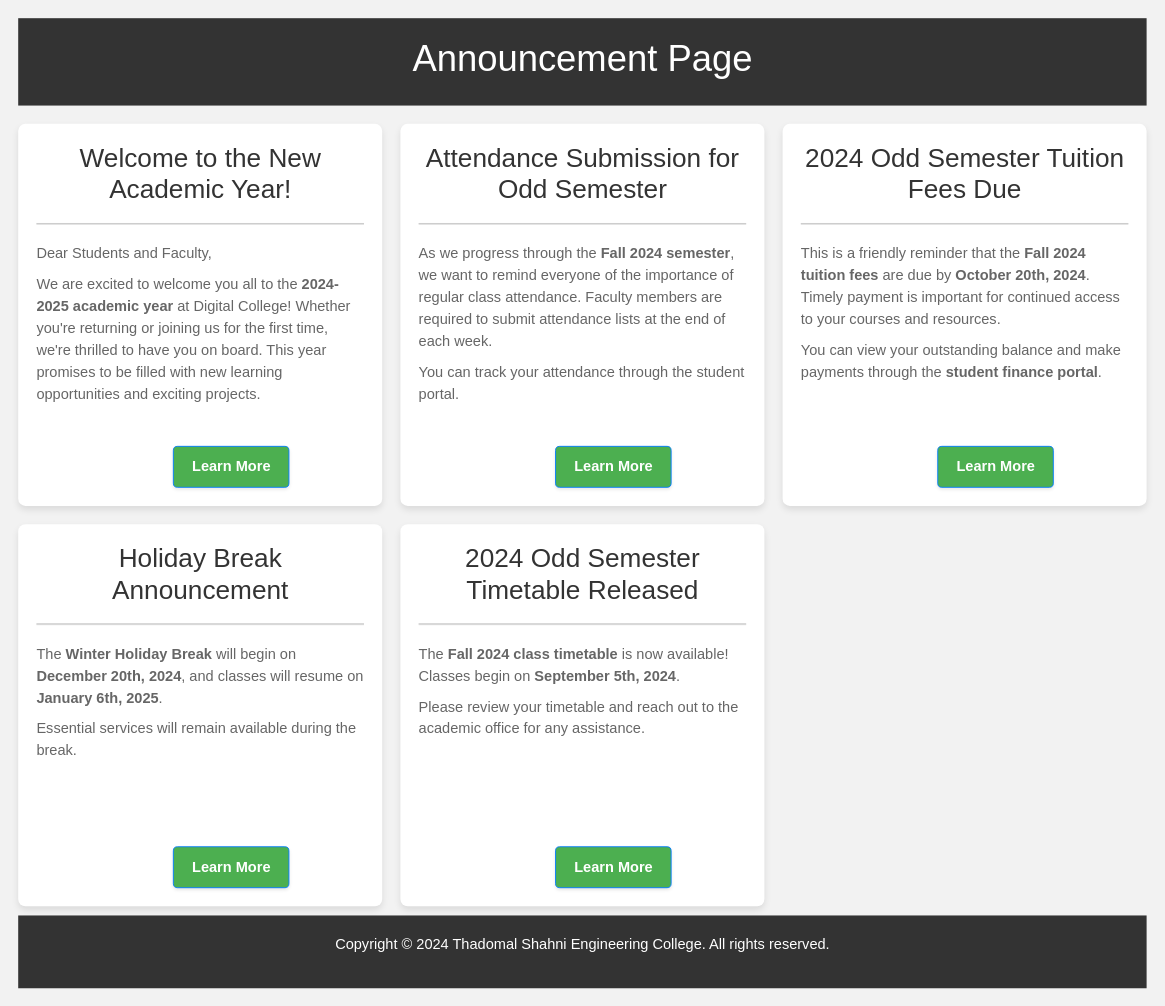
Repository: TejasS1233/MINITHON-hackathon-project
Page: annoucementpage.html
An editor plug-in stored every save of this project. The page is shown before and after the next save, followed by the edit.
The browser window is 1280 px wide. The pictures show the whole page, at 91% of full size.

Above is the page before, as saved 2024-09-20 11:34:11.

### annoucementpage.html
<!DOCTYPE html>
<html lang="en">
<head>
    <meta charset="UTF-8">
    <meta name="viewport" content="width=device-width, initial-scale=1.0">
    <meta http-equiv="X-UA-Compatible" content="ie=edge">
    <title>Announcement Page</title>
    <link rel="stylesheet" href="https://stackpath.bootstrapcdn.com/bootstrap/4.5.2/css/bootstrap.min.css">
    <link rel="stylesheet" href="announcementpage.css"> <!-- Your custom styles -->
</head>
<body>
    <!-- <nav class="navbar navbar-expand-lg navbar-light bg-light">
        <a class="navbar-brand" href="#">Digital College</a>
        <button class="navbar-toggler" type="button" data-toggle="collapse" data-target="#navbarSupportedContent" aria-controls="navbarSupportedContent" aria-expanded="false" aria-label="Toggle navigation">
            <span class="navbar-toggler-icon"></span>
        </button>

        <div class="collapse navbar-collapse" id="navbarSupportedContent">
            <ul class="navbar-nav mr-auto">
                <li class="nav-item active">
                    <a class="nav-link" href="#">Home <span class="sr-only">(current)</span></a>
                </li>
                <li class="nav-item">
                    <a class="nav-link" href="#">About</a>
                </li>
                <li class="nav-item dropdown">
                    <a class="nav-link dropdown-toggle" href="#" id="navbarDropdown" role="button" data-toggle="dropdown" aria-haspopup="true" aria-expanded="false">
                        Resources
                    </a>
                    <div class="dropdown-menu" aria-labelledby="navbarDropdown">
                        <a class="dropdown-item" href="#">Action</a>
                        <a class="dropdown-item" href="#">Another action</a>
                        <div class="dropdown-divider"></div>
                        <a class="dropdown-item" href="#">Something else here</a>
                    </div>
                </li>
                <li class="nav-item">
                    <a class="nav-link disabled" href="#" tabindex="-1" aria-disabled="true">Contact</a>
                </li>
            </ul>
            <div class="navbar-text">
                <span class="user-info">Welcome, [User's Name]</span>
                <a href="#" class="btn btn-outline-danger btn-sm ml-3">Logout</a>
            </div>
        </div>
    </nav> -->

    <div class="announcement-heading text-center">
        <h1>Announcement Page</h1>
    </div>

    <div class="announcement-grid">
        <div class="announcement">
            <h2>Welcome to the New Academic Year!</h2>
            <hr>
            <p>Dear Students and Faculty,</p>
            <p>We are excited to welcome you all to the <strong>2024-2025 academic year</strong> at Digital College!
            Whether you're returning or joining us for the first time, we're thrilled to have you on board.
            This year promises to be filled with new learning opportunities and exciting projects.</p>
            <a href="Welcome-Note.pdf" target="_blank" class="cta-button btn btn-primary">Learn More</a>
        </div>
        <div class="announcement">
            <h2>Attendance Submission for Odd Semester</h2>
            <hr>
            <p>As we progress through the <strong>Fall 2024 semester</strong>, we want to remind everyone of the importance of regular class attendance.
            Faculty members are required to submit attendance lists at the end of each week.</p>
            <p>You can track your attendance through the student portal.</p>
            <a href="FE-2024-25-ATTENDACE-LIST-1.pdf" target="_blank" class="cta-button btn btn-primary">Learn More</a>
        </div>
        <div class="announcement">
            <h2>2024 Odd Semester Tuition Fees Due</h2>
            <hr>
            <p>This is a friendly reminder that the <strong>Fall 2024 tuition fees</strong> are due by <strong>October 20th, 2024</strong>.
            Timely payment is important for continued access to your courses and resources.</p>
            <p>You can view your outstanding balance and make payments through the <strong>student finance portal</strong>.</p>
            <a href="TSEC-FEES-2024-25.pdf" target="_blank" class="cta-button btn btn-primary">Learn More</a>
        </div>
        <div class="announcement">
            <h2>Holiday Break Announcement</h2>
            <hr>
            <p>The <strong>Winter Holiday Break</strong> will begin on <strong>December 20th, 2024</strong>, and classes will resume on <strong>January 6th, 2025</strong>.</p>
            <p>Essential services will remain available during the break.</p>
            <a href="Public_Holidays_2024.pdf" target="_blank" class="cta-button btn btn-primary">Learn More</a>
        </div>
        <div class="announcement">
            <h2>2024 Odd Semester Timetable Released</h2>
            <hr>
            <p>The <strong>Fall 2024 class timetable</strong> is now available! Classes begin on <strong>September 5th, 2024</strong>.</p>
            <p>Please review your timetable and reach out to the academic office for any assistance.</p>
            <a href="Sem1-TT.pdf" target="_blank" class="cta-button btn btn-primary">Learn More</a>
        </div>
    </div>

    <footer class="text-center">
        <p>Copyright &copy; 2024 Thadomal Shahni Engineering College. All rights reserved.</p>
    </footer>

    <!-- <script src="https://code.jquery.com/jquery-3.5.1.slim.min.js"></script>
    <script src="https://cdn.jsdelivr.net/npm/@popperjs/core@2.9.2/dist/umd/popper.min.js"></script>
    <script src="https://stackpath.bootstrapcdn.com/bootstrap/4.5.2/js/bootstrap.min.js"></script> -->
</body>
</html>

### announcementpage.css

* {
    margin: 0;
    padding: 0;
    box-sizing: border-box;
}


body {
    font-family: 'Arial', sans-serif;
    background-color: #f2f2f2;
    color: #333;
    padding: 20px;
}

.announcement-heading {
    background-color: #333;
    color: #fff;
    padding: 20px 0;
    text-align: center;
    margin-bottom: 20px;
}


.announcement-grid {
    display: grid;
    grid-template-columns: repeat(auto-fit, minmax(400px, 1fr));
    gap: 20px;
    margin-bottom: 10px;
}


.announcement {
    background-color: #fff;
    padding: 20px;
    border-radius: 8px; /* Rounded corners */
    box-shadow: 0 4px 8px rgba(0, 0, 0, 0.1);
    height: 420px;
    position: relative;
    align-items: center;
}

.announcement h2 {
    font-size: 1.8em;
    margin-bottom: 10px;
    color: #333;
    text-align: center;
}

.announcement hr{
    width: 100%;
    height: 1px;
    background-color: #ddd;
    margin-bottom: 20px;
    margin-top: 20px;
}
.announcement p {
    font-size: 1em;
    margin-bottom: 10px;
    color: #666;
}

.cta-button {
    display: inline-block;
    background-color: #4CAF50;
    color: #fff;
    padding: 10px 20px;
    text-decoration: none;
    border-radius: 5px;
    margin-top: 10px;
    font-weight: bold;
    transition: background-color 0.3s ease;
    box-shadow: 0 2px 4px rgba(0, 0, 0, 0.1);
    position: absolute;
    bottom: 20px;
    left: 170px;
    overflow: hidden;
    text-align: center;
}

.cta-button:hover {
    background-color: #45a049;
    cursor: pointer;
}

footer {
    text-align: center;
    padding: 20px 0;
    background-color: #333;
    color: #fff;
    position: relative;
    width: 100%;
}

After the next save:
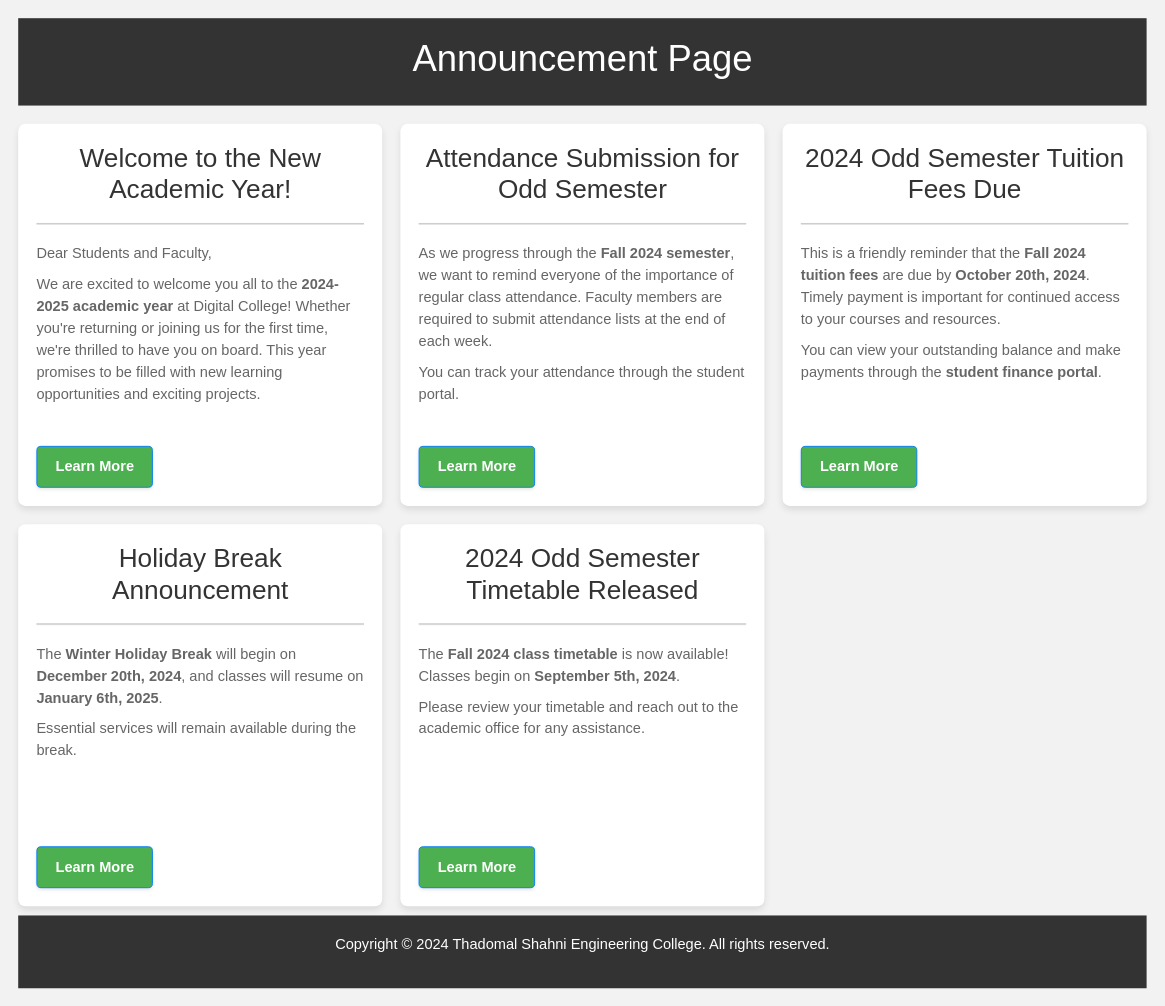
Saved 19 s later.
--- a/announcementpage.css
+++ b/announcementpage.css
@@ -73,7 +73,7 @@
     box-shadow: 0 2px 4px rgba(0, 0, 0, 0.1);
     position: absolute;
     bottom: 20px;
-    left: 170px;
+    /* left: 170px; */
     overflow: hidden;
     text-align: center;
 }

After the save that followed:
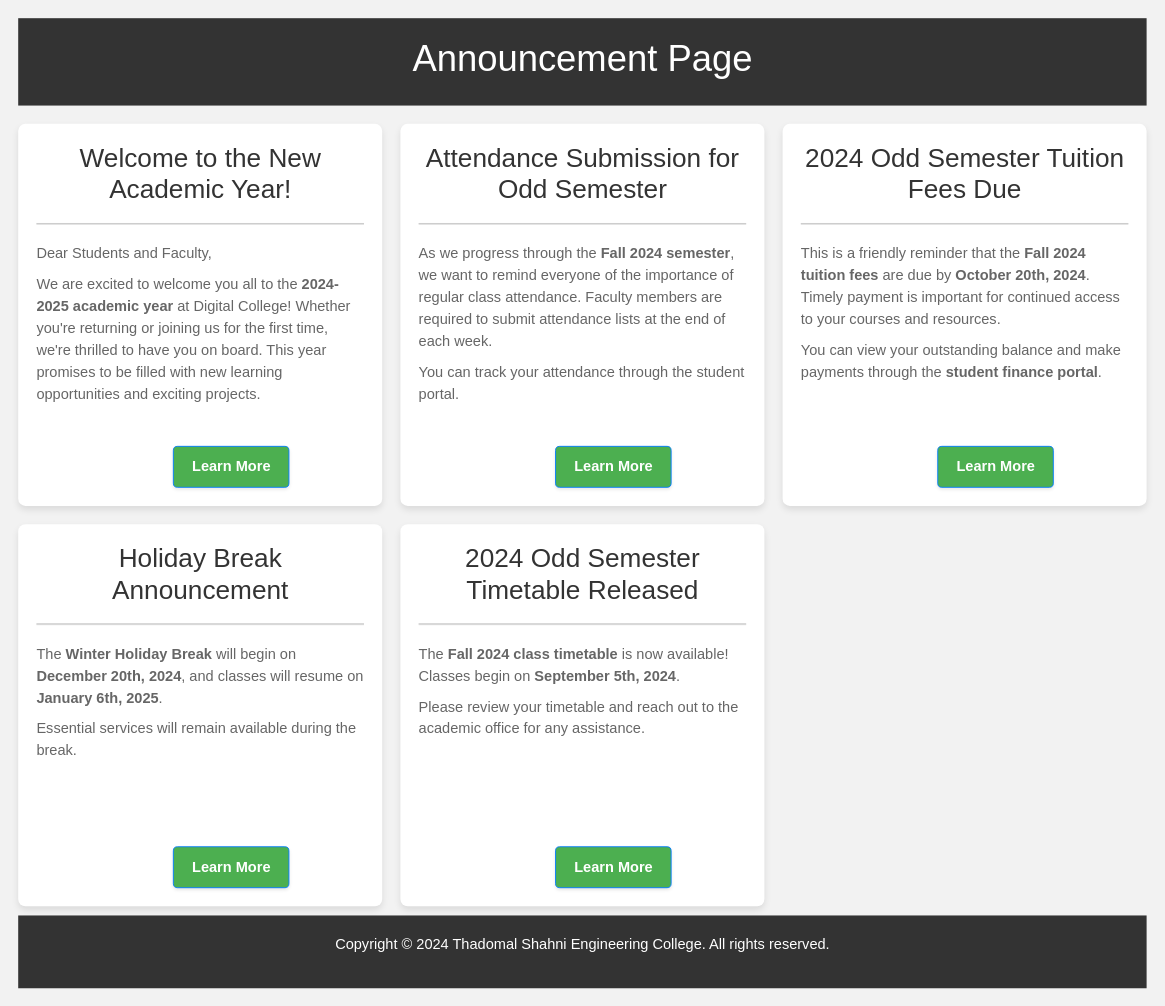
Saved 5 s later.
--- a/announcementpage.css
+++ b/announcementpage.css
@@ -73,7 +73,7 @@
     box-shadow: 0 2px 4px rgba(0, 0, 0, 0.1);
     position: absolute;
     bottom: 20px;
-    /* left: 170px; */
+    left: 170px;
     overflow: hidden;
     text-align: center;
 }
